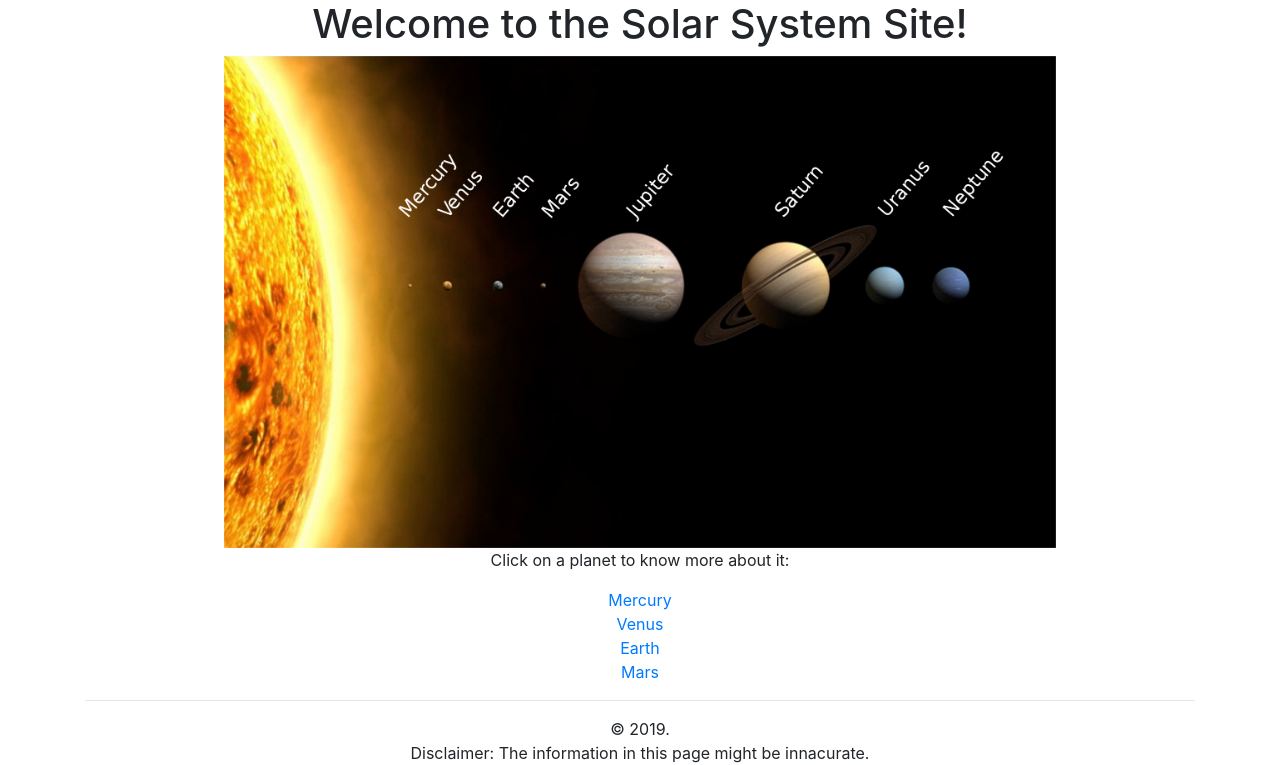
Repository: AdrienBarens/CST336-Lab6
Page: http://localhost/
The author's editor kept a record of every edit. The page is drawn from the files as they stood at one moment, then again after the next edit.
The browser window is 1280 px wide. The pictures show the whole page.
The page is served by the project's Node server (app.js).

Above is the page before.

### views/index.html
<%- include('partials/header.ejs') %>

    <h1> Welcome to the Solar System Site! </h1>
    <img src="/img/solar_system.png" alt="The Solar System"></img>
    <p> Click on a planet to know more about it:</p>

        <a href="/mercury"> Mercury </a> <br>
        <a href="/venus"> Venus </a> <br>
        <a href="/earth"> Earth </a> <br>
        <a href="/mars"> Mars </a> <br>
<%- include('partials/footer.ejs') -%>

### views/partials/header.ejs
<!DOCTYPE html>
<html>
    <head>
        <title> The Solar System </title>
        <link rel="stylesheet" href="/css/styles.css" />
        <link rel="stylesheet" href="https://stackpath.bootstrapcdn.com/bootstrap/4.4.1/css/bootstrap.min.css" integrity="sha384-Vkoo8x4CGsO3+Hhxv8T/Q5PaXtkKtu6ug5TOeNV6gBiFeWPGFN9MuhOf23Q9Ifjh" crossorigin="anonymous">
    </head>
    <body>
        <div class="container">

### views/partials/footer.ejs
<hr>
&copy; 2019. <br />
Disclaimer: The information in this page might be innacurate.
    </div>
    </body>

</html>

### app.js
const express = require("express")
const app = express();
app.engine('html', require("ejs").renderFile);
app.use(express.static("public"));

//routes
app.get("/", function(req,res){
   res.render("index.html");
});

app.get("/mercury", function(req,res){
   res.render("mercury.html");
});

app.get("/venus", function(req,res){
   res.render("venus.html")
});

app.get("/earth", function(req, res) {
    res.render("earth.html")
});

app.get("/mars", function(req, res) {
    res.render("mars.html")
});

//listener
app.listen(process.env.PORT,process.env.IP, function(){
    console.log("Express Server is Running...");
});

### public/css/styles.css
body {
    background-color: #CBE2F6;
}

.container {
    text-align: center;
}

img {
    width: 75%;
}

After the next edit:
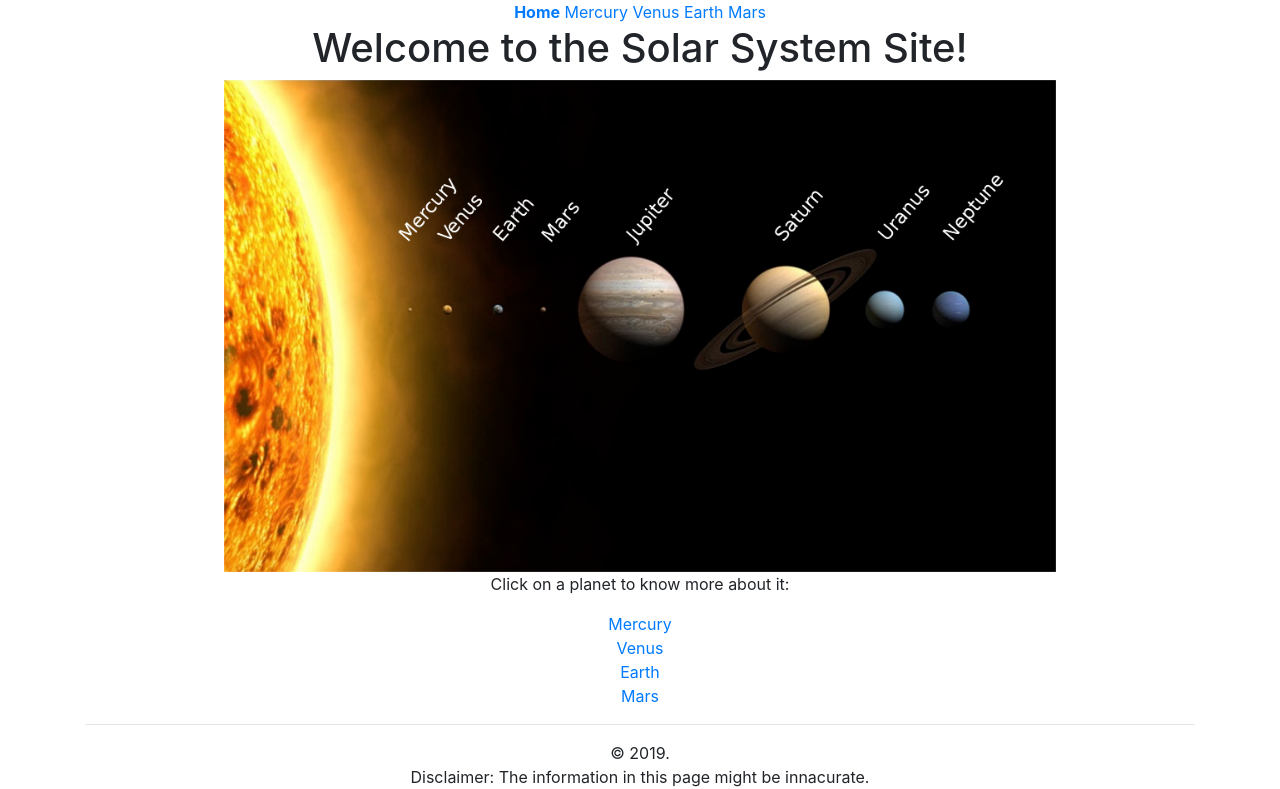
The edit:
--- a/views/index.html
+++ b/views/index.html
@@ -1,4 +1,12 @@
 <%- include('partials/header.ejs') %>
+
+    <nav>
+        <a href="index.html"><b>Home</b></a>
+        <a href="mercury.html">Mercury</a>
+        <a href="venus.html">Venus</a>
+        <a href="earth.html">Earth</a>
+        <a href="mars.html">Mars</a>
+    </nav>
 
     <h1> Welcome to the Solar System Site! </h1>
     <img src="/img/solar_system.png" alt="The Solar System"></img>
